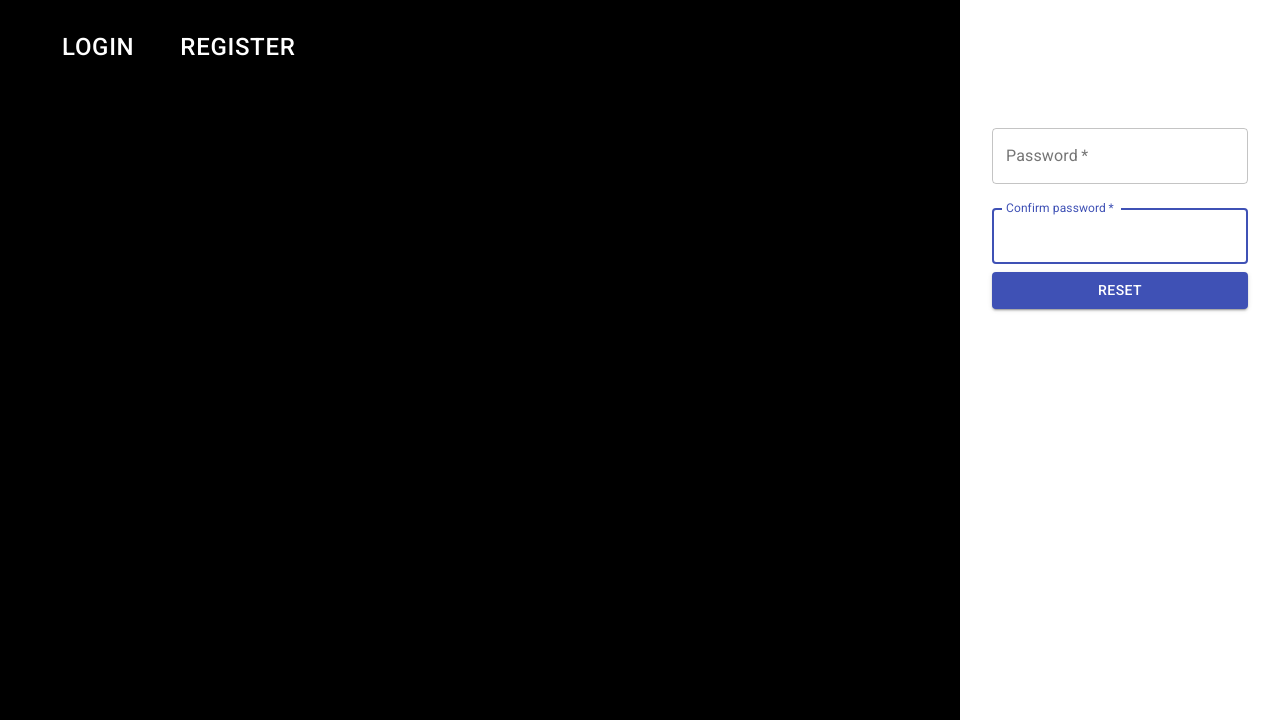
Repository: claudiuotea/FrontendAugmentator
Page: /resetpass
The author's editor kept a copy of each file at every save. The page is drawn from the files as they stood at one save, then again after the next save.
The browser window is 1280 px wide. The pictures show the whole page.
The project was rebuilt for these pictures with package versions that can differ from the ones it lists, and the page was loaded fresh each time. Also part of the build but not shown: src/Components/Login.tsx, src/Components/Register.tsx, src/Components/ForgotPassword.tsx, src/Components/VerifyAccount.tsx.

Above is the page before, as saved 2021-05-11 19:49:38.

After the next save:
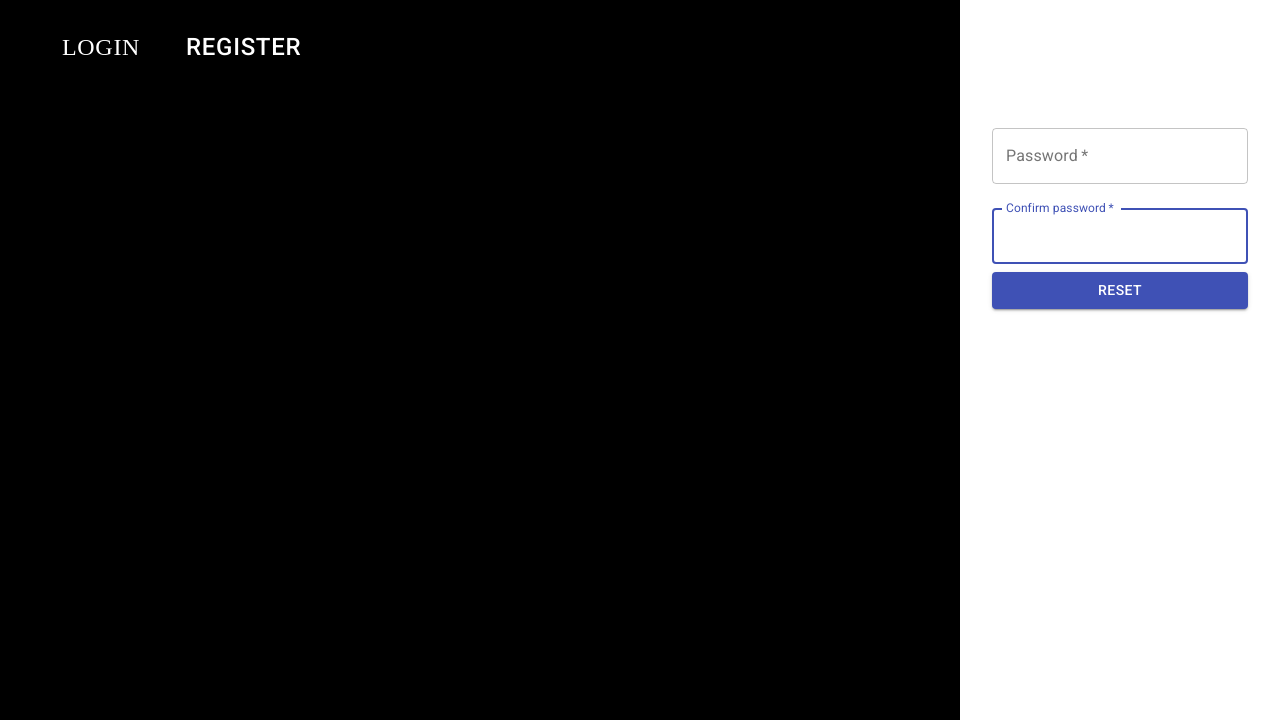
Saved 61 s later.
--- a/src/Components/NavbarNotLoggedIn.tsx
+++ b/src/Components/NavbarNotLoggedIn.tsx
@@ -34,7 +34,7 @@
    return (
     <AppBar position="fixed" className={classes.appBar}>
       <Toolbar>
-        <Button color="inherit" className={classes.menuButton}>Login</Button>
+        <Button color="inherit" style={{"fontFamily":"Montserrat"}} className={classes.menuButton}>Login</Button>
         <Button color="inherit" className={classes.menuButton}>Register</Button>
       </Toolbar>
     </AppBar>

After the save that followed:
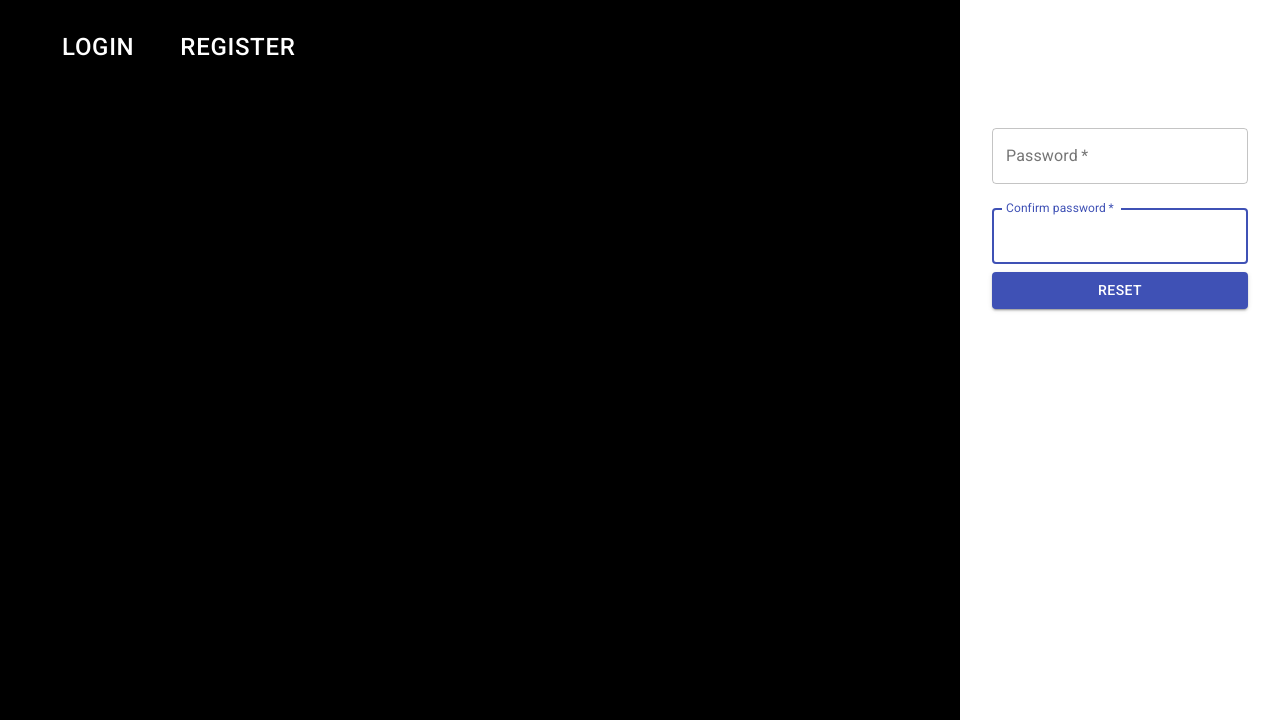
Saved 2 min 34 s later.
--- a/src/Components/NavbarNotLoggedIn.tsx
+++ b/src/Components/NavbarNotLoggedIn.tsx
@@ -34,7 +34,7 @@
    return (
     <AppBar position="fixed" className={classes.appBar}>
       <Toolbar>
-        <Button color="inherit" style={{"fontFamily":"Montserrat"}} className={classes.menuButton}>Login</Button>
+        <Button color="inherit" style={{"fontFamily":"SourceSansPro"},{"fontWeight":"SemiBold"}} className={classes.menuButton}>Login</Button>
         <Button color="inherit" className={classes.menuButton}>Register</Button>
       </Toolbar>
     </AppBar>
